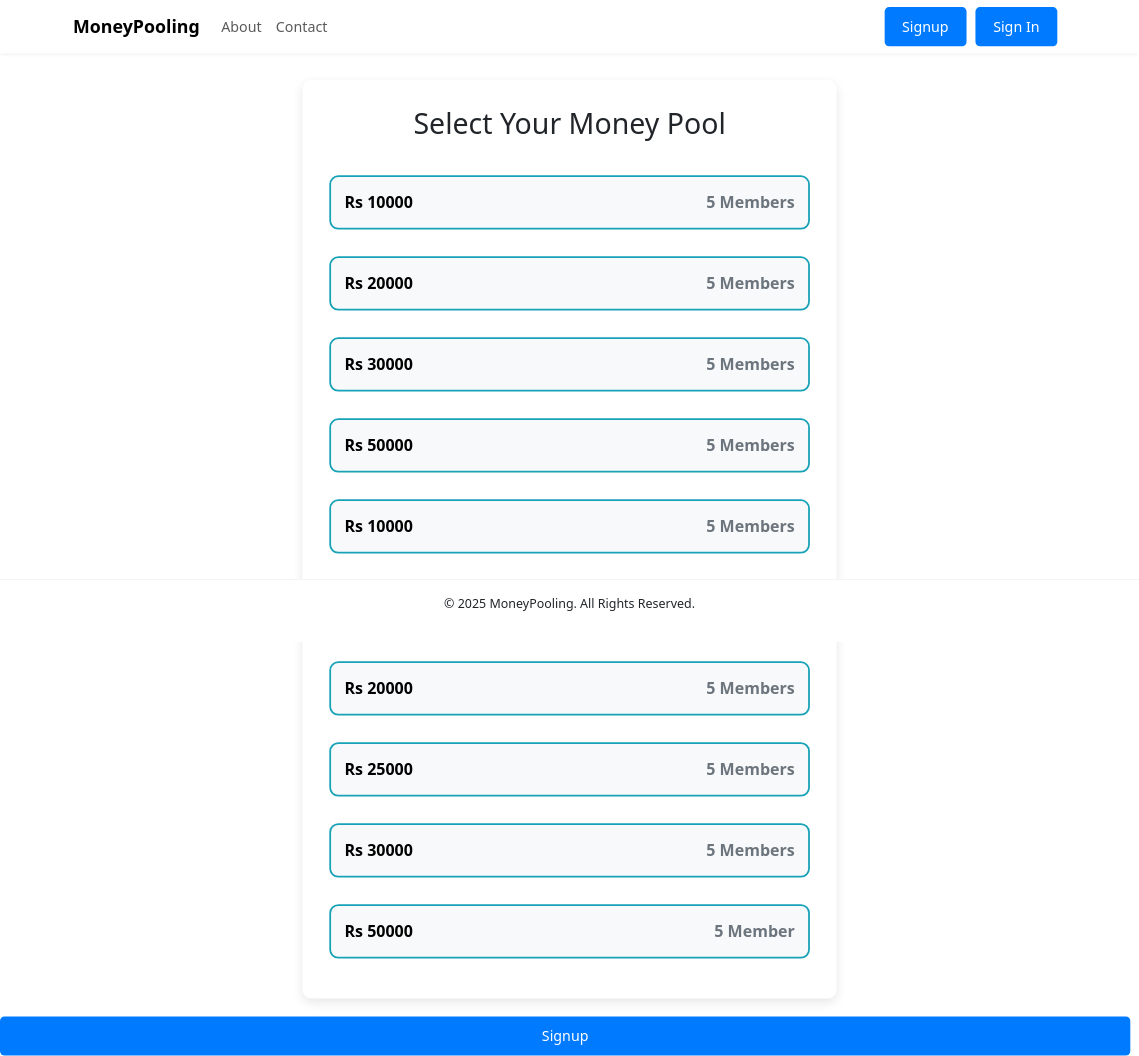
Repository: xxgautm420/MoneyPool
Page: templates/Index.html
These files come from the project's save history. The page is drawn as it stood at one moment and after the next save; the edit follows.
The browser window is 1280 px wide. The pictures show the whole page, at 89% of full size.
The page is served by the project's application, run on Flask 3 (app.py). Other server files are loaded and not shown. The template is opened directly, without the code that normally fills it, so the values that code supplies are empty.

Above is the page before, as saved 2025-03-04 14:56:26.

### templates/Index.html
<!DOCTYPE html>
<html lang="en">
<head>
    <meta charset="UTF-8">
    <meta name="viewport" content="width=device-width, initial-scale=1.0">
    <title>Money Pooling</title>


    <link rel="stylesheet" href="{{ url_for('static', filename='Css/style.css') }}">


    <link href="https://cdn.jsdelivr.net/npm/bootstrap@5.3.0-alpha1/dist/css/bootstrap.min.css" rel="stylesheet">
</head>
<body>


    <nav class="navbar navbar-expand-lg navbar-light bg-white fixed-top shadow-sm">
        <div class="container">
            <a class="navbar-brand fw-bold" href="#">MoneyPooling</a>
            <div class="collapse navbar-collapse">
                <ul class="navbar-nav me-auto mb-2 mb-lg-0">
                    <li class="nav-item">
                        <a class="nav-link" href="#" id="aboutLink">About</a>
                    </li>
                    <li class="nav-item">
                        <a class="nav-link" href="#" id="contactLink">Contact</a>
                    </li>
                </ul>
                <button id="signUpButton" class="Sign-button">Signup</button>


                <button id="signInButton" class="Sign-button">Sign In</button>

        <div id="aboutFormContainer" class="about-container" style="display: none;">
            <div class="about-box">
        <section>
            <h1>About This Project</h1>
            <p>In today's digital age, web applications play a pivotal role in streamlining various processes and enhancing user experiences. This project focuses on developing a web application designed to facilitate a unique and engaging process where members join a slot, contribute a specified amount, and a randomly selected member benefits until all members have been selected. The application aims to provide a seamless and user-friendly experience, ensuring secure login, easy slot selection, and transparent tracking of contributions.</p>
            <p>The project is motivated by the need to create an efficient and reliable system that can manage member contributions and random selections in a fair and transparent manner. By leveraging modern web technologies, the application aims to enhance user engagement and foster a sense of community among members. This document outlines the functional requirements, user interaction flow, technical specifications, and expected outcomes of the project.</p>
            <button id="closeAbout" class="close-button"> x</button>
        </section>
        </div>
    </div>
    <div id="contactFormContainer" class="contact-container" style="display: none;">
        <div class="contact-box">
    <section>
        <h1>Contact</h1>
        <form>
            <label for="name">Name:</label><br>
            <input type="text" id="name" name="name" placeholder="Your Name"><br><br>
            <label for="email">Email:</label><br>
            <input type="email" id="email" name="email" placeholder="Your Email"><br><br>
            <label for="number">Number:</label><br>
            <input type="tel" id="number" name="number" placeholder="Your Phone Number"><br><br>
        </form>
        <p><strong>Address:</strong> Your Address Here</p>
        <p><strong>Contact Number:</strong> Your Contact Number Here</p>

        <button id="closeContact" class="close-button"> x</button>
    </section>
    </div>
</div>


            </div>
        </div>
    </nav>


    <div class="main-container">
        <h2 class="text-center mb-4">Select Your Money Pool</h2>
        <div class="slot-container">
            <button class="slot"><span>Rs 10000</span> <span class="members">5 Members</span></button>
            <button class="slot"><span>Rs 20000</span> <span class="members">5 Members</span></button>
            <button class="slot"><span>Rs 30000</span> <span class="members">5 Members</span></button>
            <button class="slot"><span>Rs 50000</span> <span class="members">5 Members</span></button>
            <button class="slot"><span>Rs 10000</span> <span class="members">5 Members</span></button>
            <button class="slot"><span>Rs 15000</span> <span class="members">5 Members</span></button>
            <button class="slot"><span>Rs 20000</span> <span class="members">5 Members</span></button>
            <button class="slot"><span>Rs 25000</span> <span class="members">5 Members</span></button>
            <button class="slot"><span>Rs 30000</span> <span class="members">5 Members</span></button>
            <button class="slot"><span>Rs 50000</span> <span class="members">5 Member</span></button>
        </div>
    </div>


    <div id="loginFormContainer" class="login-container">
        <div class="login-box">
            <h3>Login</h3>
            <input type="text" id="username" placeholder="Username">
            <input type="password" id="password" placeholder="Password">
            <button id="loginSubmit" class="btn btn-success">Login</button>
            <button id="closeLogin" class="btn btn-danger">Close</button>
        </div>
    </div>

    <div id="registerFormContainer" class="login-container" style="display: none;">
        <div class="login-box">
            <h3>Register</h3>
            <input type="text" id="registerUsername" placeholder="Username">
            <input type="password" id="registerPassword" placeholder="Password">
            <button id="registerSubmit" class="btn btn-success">Register</button>
            <button id="closeRegister" class="btn btn-danger">Close</button>
        </div>
    </div>
    <button id="signUpButton" class="Sign-button">Signup</button>




    <div id="joinPoolForm" class="login-container" style="display: none;">
        <div class="login-box">
            <h3>Join Pool</h3>
            <button id="joinSubmit" class="btn btn-success" onclick="location.href='/progress'">Join</button>
            <button id="closeJoinPool" class="btn btn-danger">Close</button>
        </div>
    </div>


    <footer class="text-center py-3">
        <p>&copy; 2025 MoneyPooling. All Rights Reserved.</p>
    </footer>


    <script src="{{ url_for('static', filename='Script/script.js') }}"></script>
</body>
</html>

### app.py
from flask import Flask, render_template , jsonify
from user import User, db
from config import Config
from auth import auth_bp

app = Flask(__name__)
app.config.from_object(Config)
db.init_app(app)

app.register_blueprint(auth_bp)

@app.route('/')
def home():
    return render_template('index.html')

@app.route('/progress')
def progress():
    return render_template('progress.html')

@app.route('/api/users/top5', methods=['GET'])
def get_top5_users():
    users = User.query.limit(5).all()
    return jsonify([user.username for user in users])

if __name__ == '__main__':
    app.run(debug=True)

### static/Css/style.css

body {
    font-family: Arial, sans-serif;
    text-align: center;
    margin: 0;
    background-color: white;
    padding-top: 70px;
    display: flex;
    flex-direction: column;
    min-height: 100vh;
}


.navbar {
    box-shadow: 0px 2px 5px rgba(0, 0, 0, 0.1);
}

/* Container styling for buttons */


/* Class for styling the buttons */
.Sign-button {
    background-color: #007bff; /* Primary color */
    color: white; /* Text color */
    border: none; /* No border */
    padding: 10px 20px; /* Padding inside button */
    border-radius: 5px; /* Rounded corners */
    font-size: 16px; /* Font size */
    cursor: pointer; /* Pointer cursor on hover */
    margin-right: 10px; /* Space between buttons */
}

/* Additional hover effects for the buttons */
.Sign-button:hover {
    background-color: #0056b3; /* Darker shade on hover */
    transition: background-color 0.3s; /* Smooth transition */
}



.main-container {
    width: 80%;
    max-width: 600px;
    margin: 20px auto;
    padding: 30px;
    background-color: white;
    border-radius: 10px;
    box-shadow: 0 4px 12px rgba(0, 0, 0, 0.1);
    flex: 1;
    overflow-y: auto;
}


.slot-container {
    display: flex;
    flex-direction: column;
    align-items: center;
}


.slot {
    width: 100%;
    background-color: #f8f9fa;
    border: 2px solid #17a2b8;
    padding: 15px;
    margin: 15px 0;
    border-radius: 10px;
    font-size: 18px;
    cursor: pointer;
    display: flex;
    justify-content: space-between;
    align-items: center;
    font-weight: bold;
    transition: 0.3s;
}

.slot:hover {
    background-color: #17a2b8;
    color: white;
}


.members {
    color: #6c757d;
}


.login-container {
    position: fixed;
    top: 0;
    left: 0;
    width: 100%;
    height: 100%;
    background: rgba(0, 0, 0, 0.5);
    display: none;
    align-items: center;
    justify-content: center;
    z-index: 1000;
}


.login-box {
    background: white;
    padding: 20px;
    border-radius: 10px;
    box-shadow: 0 4px 12px rgba(0, 0, 0, 0.3);
    text-align: center;
    width: 350px;
    max-height: 80%;
    overflow-y: auto;
}

.login-box h3 {
    margin-bottom: 15px;
}

.login-box input {
    width: 100%;
    padding: 10px;
    margin-bottom: 10px;
    border: 1px solid #ddd;
    border-radius: 5px;
}

.login-box button {
    width: 100%;
    padding: 10px;
    margin-top: 5px;
}


#joinPoolForm .login-box {
    background: white;
    padding: 20px;
    border-radius: 10px;
    box-shadow: 0 4px 12px rgba(0, 0, 0, 0.3);
    text-align: center;
    width: 350px;
    max-height: 80%;
    overflow-y: auto;
}

#joinPoolForm .login-box h3 {
    margin-bottom: 15px;
}

#joinPoolForm .login-box button {
    width: 100%;
    padding: 10px;
    margin-top: 5px;
}


footer {
    width: 100%;
    background-color: white;
    text-align: center;
    padding: 10px;
    font-size: 14px;
    border-top: 1px solid #dee2e6;
    position: fixed;
    bottom: 0;
    left: 0;
    right: 0;
}


.about-container {
    position: fixed;
    top: 50%;
    left: 50%;
    transform: translate(-50%, -50%);
    width: 80%;
    max-width: 600px;
    background-color: white;
    border-radius: 10px;
    box-shadow: 0 4px 8px rgba(0, 0, 0, 0.1);
    overflow: auto;
    max-height: 90vh;
    padding: 20px;
}

.about-box {
    padding: 20px;
}

.about-container h1 {
    margin-top: 0;
}

.about-container p {
    line-height: 1.6;
}

.close-button {
    position: absolute;
    top: 10px;
    right: 10px;
    background-color: #f44336;
    color: white;
    border: none;
    border-radius: 50%;
    width: 30px;
    height: 30px;
    cursor: pointer;
    font-size: 16px;
}

.close-button:hover {
    background-color: #d32f2f;
}



 .contact-container {
    position: fixed;
    top: 50%;
    left: 50%;
    transform: translate(-50%, -50%);
    width: 80%;
    max-width: 600px;
    background-color: white;
    border-radius: 10px;
    box-shadow: 0 4px 8px rgba(0, 0, 0, 0.1);
    overflow: auto;
    max-height: 90vh;
    padding: 20px;
}

.contact-container h1 {
    margin-top: 0;
}

.contact-container form {
    margin-top: 20px;
}

.contact-container input,
.contact-container textarea {
    width: 100%;
    padding: 10px;
    margin-top: 5px;
    margin-bottom: 10px;
    border-radius: 5px;
    border: 1px solid #ccc;
}

.contact-container p {
    line-height: 1.6;
    margin-top: 10px;
}

.close-button {
    position: absolute;
    top: 10px;
    right: 10px;
    background-color: #f44336;
    color: white;
    border: none;
    border-radius: 50%;
    width: 30px;
    height: 30px;
    cursor: pointer;
    font-size: 16px;
}

.close-button:hover {
    background-color: #d32f2f;
}

### static/Script/script.js
document.addEventListener("DOMContentLoaded", () => {
    const signInButton = document.getElementById("signInButton");
    const loginFormContainer = document.getElementById("loginFormContainer");
    const closeLogin = document.getElementById("closeLogin");
    const loginSubmit = document.getElementById("loginSubmit");
    const slots = document.querySelectorAll(".slot");
    const joinPoolForm = document.getElementById("joinPoolForm");
    const closeJoinPool = document.getElementById("closeJoinPool");
    const signUpButton = document.getElementById("signUpButton");
    const registerFormContainer = document.getElementById("registerFormContainer");
    const registerSubmit = document.getElementById("registerSubmit");
    const aboutLink = document.getElementById("aboutLink");
    const aboutFormContainer = document.getElementById("aboutFormContainer");
    const closeAboutForm = document.getElementById("closeAbout");
    const contactLink = document.getElementById("contactLink");
    const contactFormContainer = document.getElementById("contactFormContainer");
    const closeContactForm = document.getElementById("closeContact");
    const closeRegister = document.getElementById("closeLogin");

    let isSignedIn = false;

    signInButton.addEventListener("click", () => {
        if (!isSignedIn) {
            loginFormContainer.style.display = "flex";
        } else {
            alert("You have signed out.");
            signInButton.textContent = "Sign In";
            signInButton.classList.replace("btn-danger", "btn-primary");
            isSignedIn = false;
        }
    });

    closeLogin.addEventListener("click", () => {
        loginFormContainer.style.display = "none";
    });

    loginSubmit.addEventListener("click", (event) => {
        event.preventDefault();

        let username = document.getElementById("username").value;
        let password = document.getElementById("password").value;

        if (username && password) {
            fetch('/api/users/login', {
                method: 'POST',
                headers: {
                    'Content-Type': 'application/json'
                },
                body: JSON.stringify({ username: username, password: password })
            })
            .then(response => response.json())
            .then(data => {
                if (data.success) {
                    alert(`Welcome, ${username}!`);
                    loginFormContainer.style.display = "none";
                    signInButton.textContent = "Sign Out";
                    signInButton.classList.replace("btn-primary", "btn-danger");
                    isSignedIn = true;
                } else {
                    alert('Login failed: ' + data.message);
                }
            })
            .catch(error => {
                console.error('Error:', error);
                alert('An error occurred while logging in. Please try again.');
            });
        } else {
            alert("Please enter username and password.");
        }
    });

    // Open the registration form when the Sign Up button is clicked
    signUpButton.addEventListener("click", () => {
        registerFormContainer.style.display = "flex";
    });

    // Close the registration form
    closeRegister.addEventListener("click", () => {
        registerFormContainer.style.display = "none";
    });

    // Store the registration data in the database
    registerSubmit.addEventListener("click", (event) => {
        event.preventDefault();

        let username = document.getElementById("username").value;
        let password = document.getElementById("password").value;

        if (username && password) {
            fetch('/api/users/register', {
                method: 'POST',
                headers: {
                    'Content-Type': 'application/json'
                },
                body: JSON.stringify({ username: username, password: password })
            })
            .then(response => response.json())
            .then(data => {
                if (data.success) {
                    alert(`Registration successful, ${username}!`);
                    registerFormContainer.style.display = "none";
                } else {
                    alert('Registration failed: ' + data.message);
                }
            })
            .catch(error => {
                console.error('Error:', error);
                alert('An error occurred during registration. Please try again.');
            });
        } else {
            alert("Please enter username and password.");
        }
    });

    // Show Join Pool Form on Slot Click
    slots.forEach(slot => {
        slot.addEventListener("click", () => {
            if (isSignedIn) {
                joinPoolForm.style.display = "flex";
            } else {
                alert("Please sign in to select a money pool.");
            }
        });
    });

    // Close Join Pool Form
    closeJoinPool.addEventListener("click", () => {
        joinPoolForm.style.display = "none";
    });

    // About Form
    aboutLink.addEventListener("click", (event) => {
        event.preventDefault();
        aboutFormContainer.style.display = "block";
    });

    closeAboutForm.addEventListener("click", () => {
        aboutFormContainer.style.display = "none";
    });

    // Contact Form
    contactLink.addEventListener("click", (event) => {
        event.preventDefault();
        contactFormContainer.style.display = "block";
    });

    closeContactForm.addEventListener("click", () => {
        contactFormContainer.style.display = "none";
    });
});

After the next save:
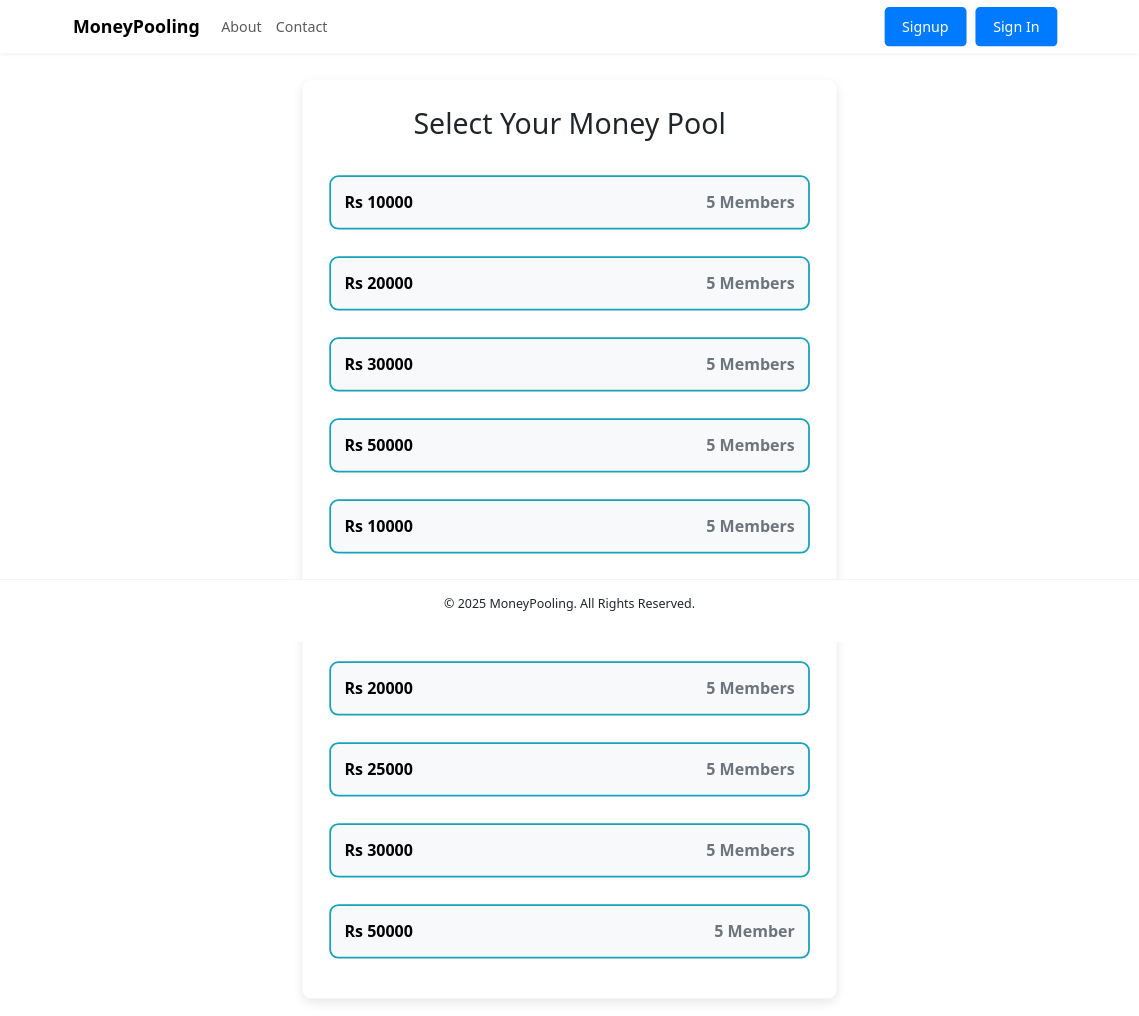
Saved 8 s later.
--- a/templates/Index.html
+++ b/templates/Index.html
@@ -103,7 +103,7 @@
             <button id="closeRegister" class="btn btn-danger">Close</button>
         </div>
     </div>
-    <button id="signUpButton" class="Sign-button">Signup</button>
+
 
 
 
